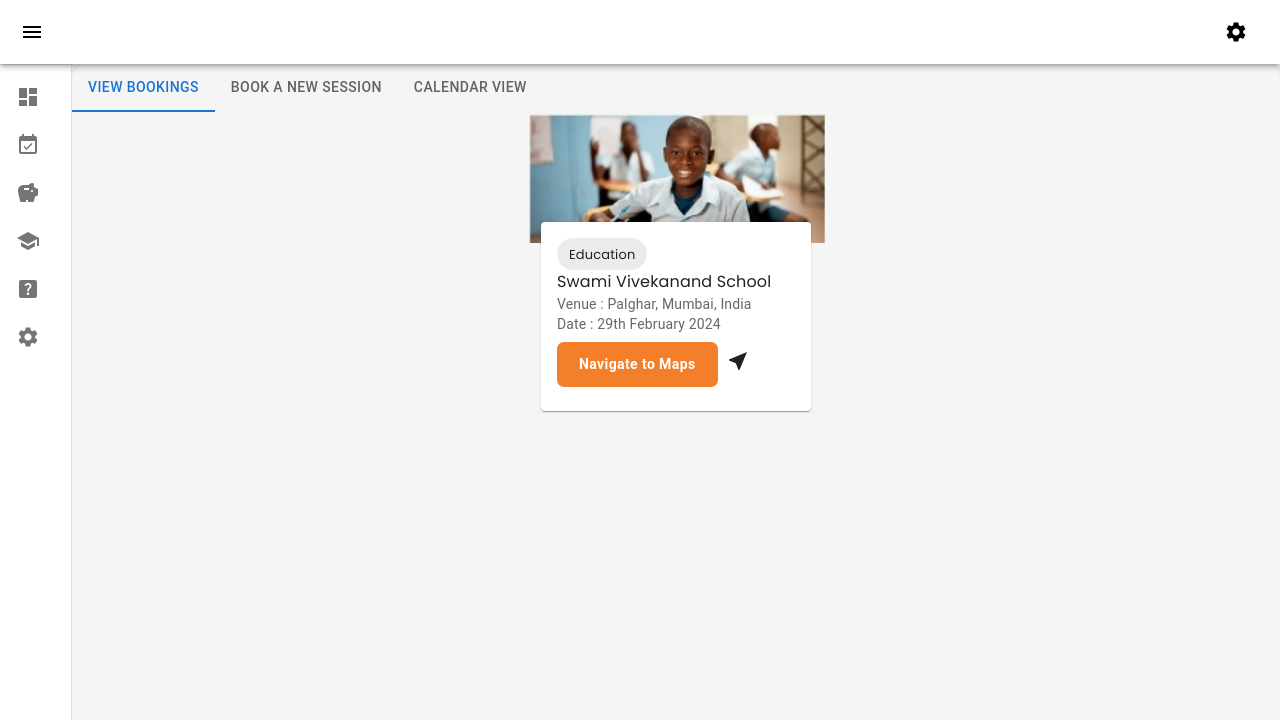
Repository: shubhampirate/Google_Solutions_Edural
Page: /bookings
An editor plug-in stored every save of this project. The page is shown before and after the next save, followed by the edit.
The browser window is 1280 px wide. The pictures show the whole page.
An inner scrolling area shows only its first screen. The project was rebuilt for these pictures with package versions that can differ from the ones it lists, and the page was loaded fresh each time. Some packages were replaced by stand-ins written for this rebuild. Also part of the build but not shown: src/Components/Navbar.jsx, src/Components/Footer.jsx, src/Components/CongratsCard.jsx, src/pages/Hero/Hero.jsx, src/pages/Dashboard/Dashboard.jsx, src/pages/Sign_in.jsx, src/pages/Bookings/LicenseCard.jsx.

Above is the page before, as saved 2024-02-04 18:17:54.

After the next save:
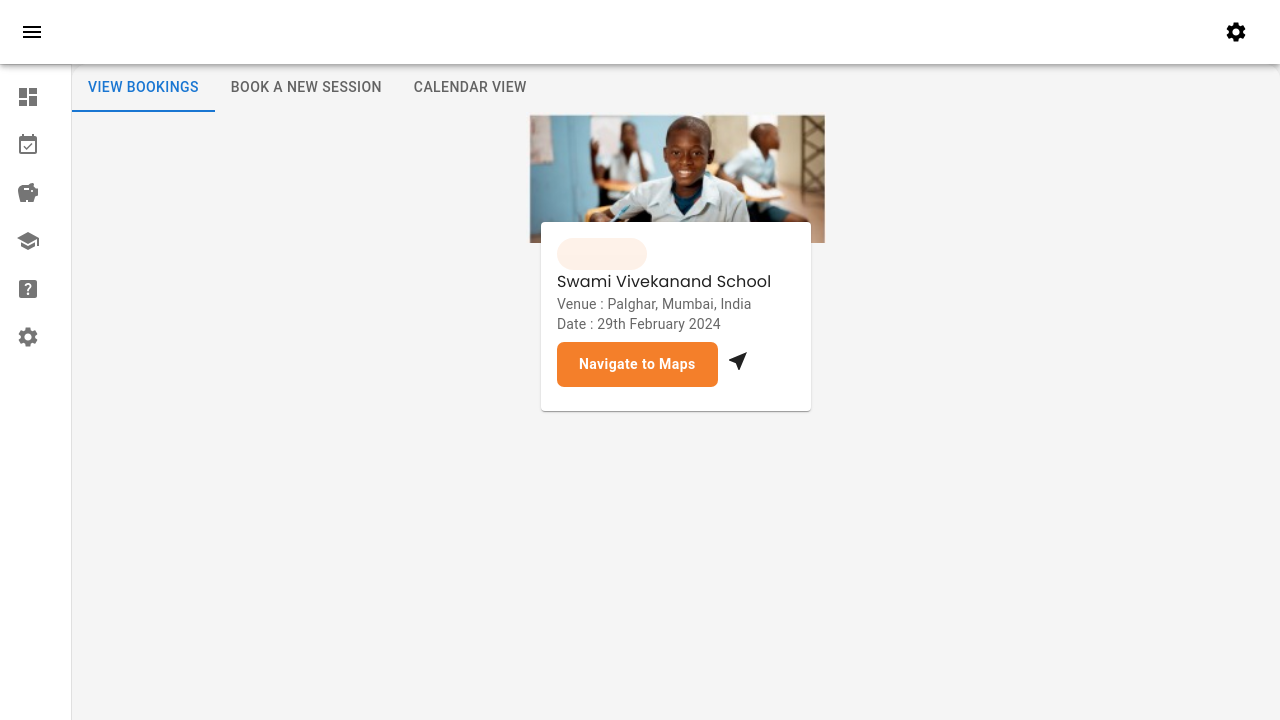
Saved 51 s later.
--- a/src/pages/Bookings/bookings.jsx
+++ b/src/pages/Bookings/bookings.jsx
@@ -84,7 +84,12 @@ export default function Booking() {
                }}
              >
                <CardContent>
-               <Chip size="sm" variant="soft" label="Education" />
+               <Chip
+  size="sm"
+  variant="soft"
+  label="Education"
+  sx={{ backgroundColor: '#F47F2A', color: '#F47F2A', opacity: 0.1, marginRight: '8px' }}
+/>
            <br />
            <Typography variant="h7" gutterBottom>
            Swami Vivekanand School
